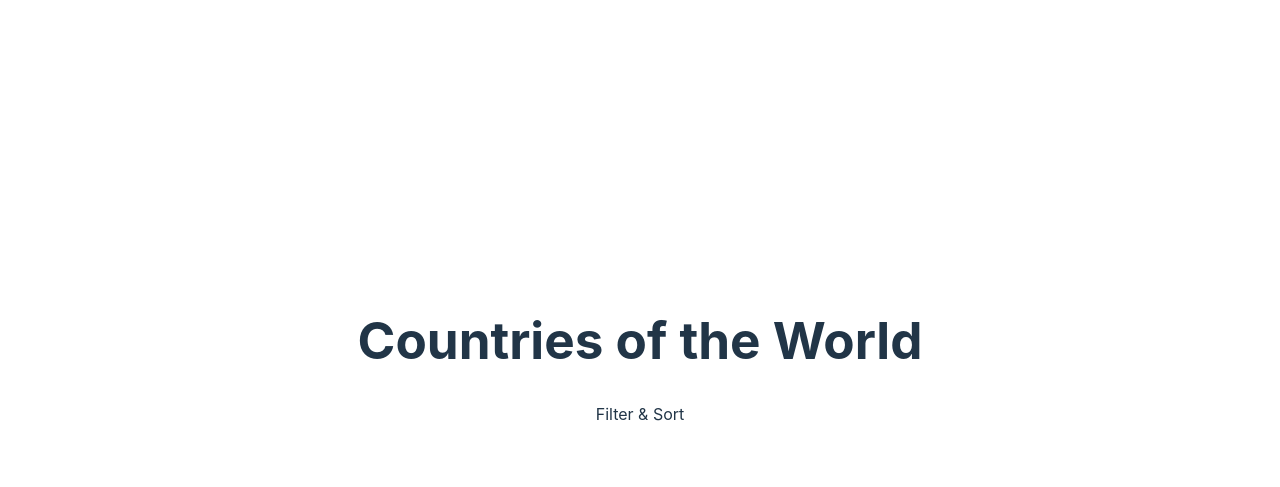
Repository: SamanthaYan298/my_countries
Page: /
An editor plug-in stored every save of this project. The page is shown before and after the next save, followed by the edit.
The browser window is 1280 px wide. The pictures show the whole page.
The project was rebuilt for these pictures with package versions that can differ from the ones it lists, and the page was loaded fresh each time. Also part of the build but not shown: vite.config.js.

Above is the page before, as saved 2024-11-04 16:39:51.

After the next save:
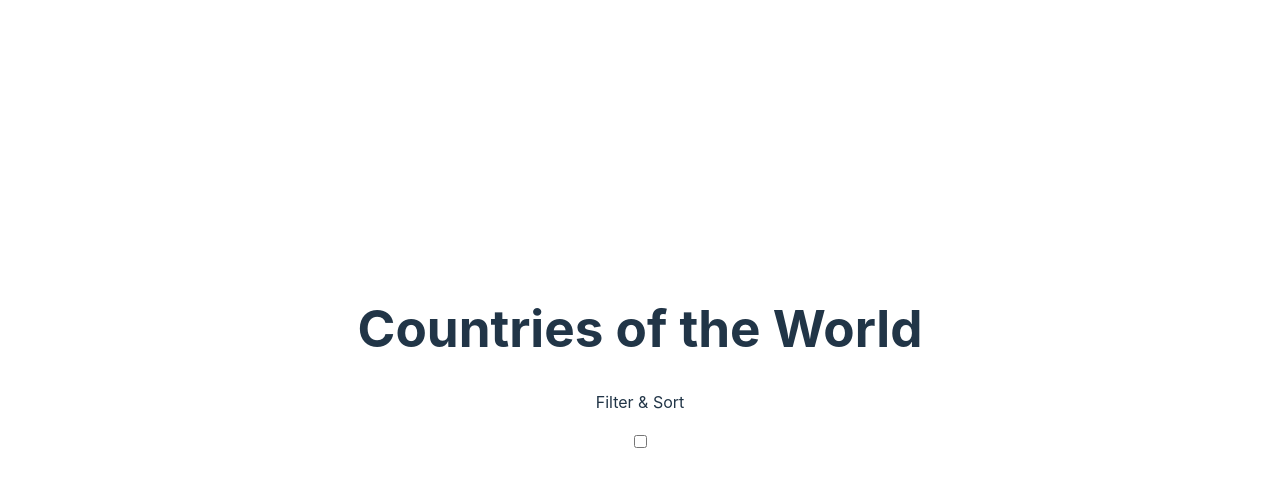
Saved 25 s later.
--- a/src/App.jsx
+++ b/src/App.jsx
@@ -11,7 +11,7 @@ function App() {
           <p>Filter & Sort</p>
           <div>
             <div>
-              <></>
+              <input type="checkbox"/>
             </div>
             <div></div>
             <div></div>
